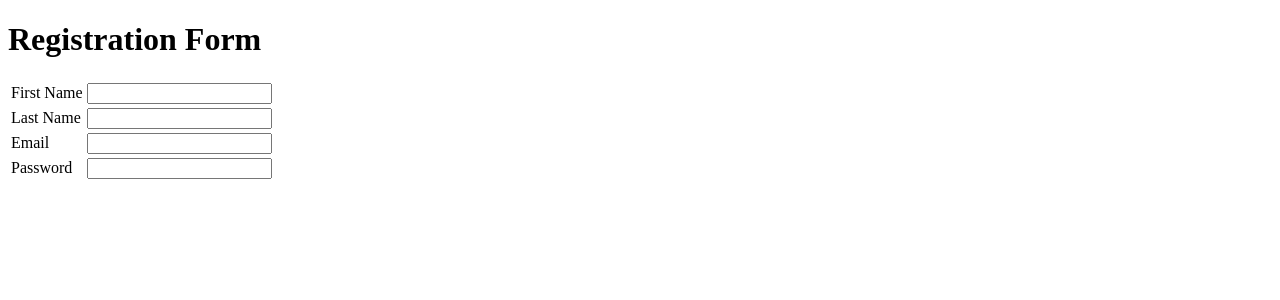
Repository: Laxman877/MyWorkspace
Page: Corejava/Learning_Web/src/main/webapp/division.html
The author's editor kept a copy of each file at every save. The page is drawn from the files as they stood at one save, then again after the next save.
The browser window is 1280 px wide. The pictures show the whole page.

Above is the page before, as saved 2022-04-27 05:01:47.

### Corejava/Learning_Web/src/main/webapp/division.html
<!DOCTYPE html>
<html>
<head>
<meta charset="ISO-8859-1">
<title>Learn Div</title>
</head>
<body>
<div id="container">
</div>
<h1>Registration Form</h1>
<form action="success.html" method="post">
<table>
<tr>
<td><label>First Name</label></td>
<td><input type="text" name="fname" class="textfield">
</td>
</tr>
<tr>
<td><label>Last Name</label></td>
<td><input type="text" name="lname" class="textfield">
</td>
</tr>
<tr>
<td><label>Email</label></td>
<td><input type="text" name="email" class="textfield">
</td>
</tr>
<tr>
<td><label>Password</label></td>
<td><input type="text" name="pass" class="textfield">
</td>
</tr>
</table>
</form>
</body>
</html>

After the next save:
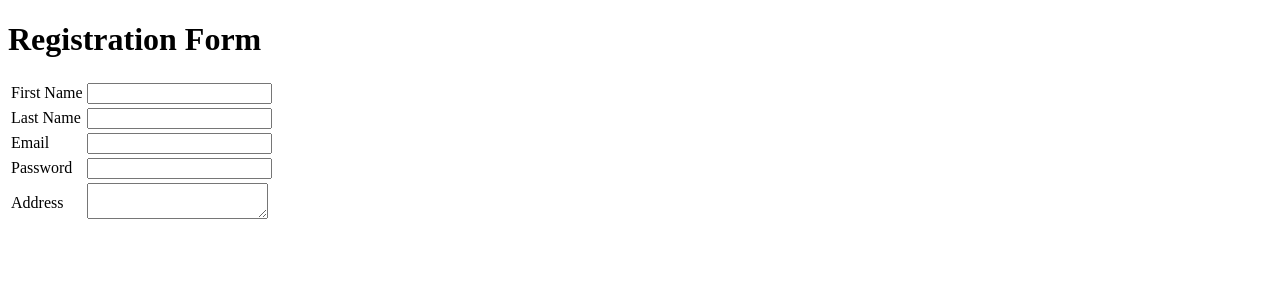
Saved 96 s later.
--- a/Corejava/Learning_Web/src/main/webapp/division.html
+++ b/Corejava/Learning_Web/src/main/webapp/division.html
@@ -30,6 +30,9 @@
 <td><input type="text" name="pass" class="textfield">
 </td>
 </tr>
+<tr>
+<td><label>Address</label></td>
+<td><textarea rows="2" cols="20" name="adr" class="textfield"></textarea>
 </table>
 </form>
 </body>
